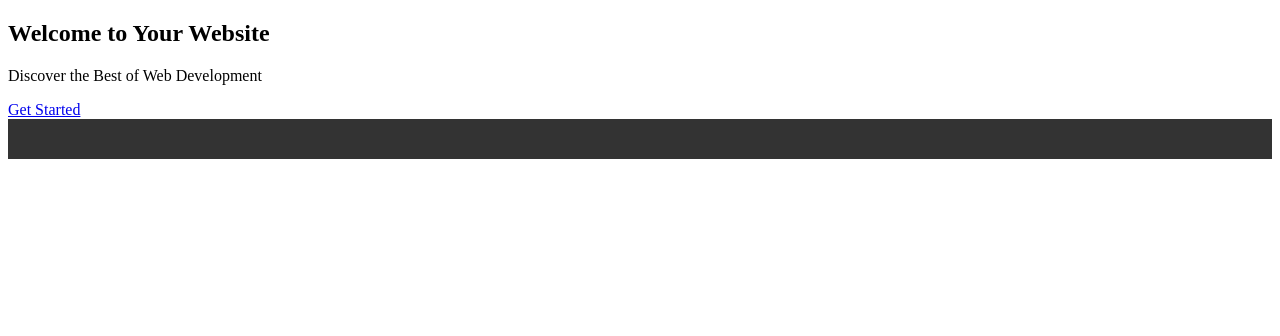
Repository: HeliosAI9/First-test-website
Page: mywebsite/index.html
An editor plug-in stored every save of this project. The page is shown before and after the next save, followed by the edit.
The browser window is 1280 px wide. The pictures show the whole page.
Pictures or frames that could not be fetched are drawn as grey boxes.

Above is the page before, as saved 2023-07-03 05:39:37.

### mywebsite/index.html
<!DOCTYPE html>
<html lang="en">
<head>
  <meta charset="UTF-8">
  <meta http-equiv="X-UA-Compatible" content="IE=edge">
  <meta name="viewport" content="width=device-width, initial-scale=1.0">
  <title>Your Website Title</title>
  <link rel="stylesheet" href="style.css">
</head>
<body>
  <!-- Your content will go here -->
  <section class="hero">
    <h1 class="hero-title">Welcome to Your Website</h1>
    <p class="hero-subtitle">Discover the Best of Web Development</p>
    <a href="#" class="hero-button">Get Started</a>
  </section>
  <div class="backgroundContainer">
    <video id="background" muted autoplay loop>
        <source src="resources/touhouBackground.mp4" type="video/mp4">
    </video>

    <audio id="backgroundMusic" class="bgm" src="resources/touhouBackgroundMusicMixed2.mp3" loop></audio>
</div>

<div class="headerBar">
    <!-- Rest of the code goes here -->
</div>

<div class="layer1">
    <!-- Rest of the code goes here -->
</div>

<div class="layer2">
    <!-- Rest of the code goes here -->
</div>

<div class="layer3">
    <!-- Rest of the code goes here -->
</div>

<div class="layer4">
    <!-- Rest of the code goes here -->
</div>

<div class="footerLayer">
    <!-- Rest of the code goes here -->
</div>

</body>
</html>

### mywebsite/style.css
/* Basic styles for the background container */
.backgroundContainer {
    position: relative;
  }

  /* Styles for the video background */
  #background {
    position: absolute;
    top: 0;
    left: 0;
    width: 100%;
    height: 100%;
    object-fit: cover;
  }

  /* Styles for the logo image */
  .logoImage {
    width: 50px;
    height: 50px;
  }

  /* Styles for the header bar */
  .headerBar {
    display: flex;
    justify-content: space-between;
    align-items: center;
    padding: 20px;
    background-color: #333;
    color: #fff;
  }

After the next save:
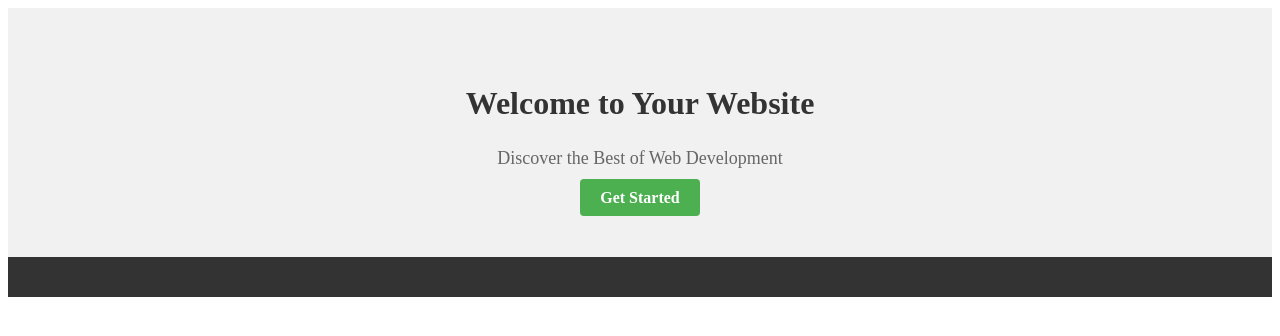
Saved 9 min 55 s later.
--- a/mywebsite/style.css
+++ b/mywebsite/style.css
@@ -28,3 +28,98 @@
     background-color: #333;
     color: #fff;
   }
+
+  /*Hero section*/
+  .hero {
+    background-color: #f1f1f1;
+    text-align: center;
+    padding: 50px 0;
+  }
+  .hero-title {
+    font-size: 32px;
+    color: #333;
+  }
+
+  .hero-subtitle {
+    font-size: 18px;
+    color: #666;
+    margin-bottom: 20px;
+  }
+
+  .hero-button {
+    background-color: #4caf50;
+    color: white;
+    padding: 10px 20px;
+    text-decoration: none;
+    border-radius: 4px;
+    font-weight: bold;
+  }
+
+  /*features section*/
+  .features {
+    background-color: #fff;
+    padding: 50px 0;
+    text-align: center;
+  }
+  .feature {
+  margin-bottom: 30px;
+}
+
+.feature-icon {
+  font-size: 48px;
+  color: #4caf50;
+}
+
+.feature-title {
+  font-size: 24px;
+  color: #333;
+  margin-top: 20px;
+}
+
+.feature-description {
+  font-size: 16px;
+  color: #666;
+  margin-top: 10px;
+}
+
+/*Testimonials*/
+.testimonials {
+    background-color: #f5f5f5;
+    padding: 50px 0;
+    text-align: center;
+  }
+  .testimonial {
+    margin-bottom: 30px;
+  }
+
+  .testimonial-text {
+    font-size: 18px;
+    color: #333;
+    margin-top: 20px;
+  }
+
+  .testimonial-author {
+    font-size: 14px;
+    color: #666;
+    margin-top: 10px;
+  }
+  /*footer*/
+  .footer {
+    background-color: #333;
+    color: #fff;
+    padding: 30px 0;
+    text-align: center;
+  }
+  .footer-text {
+    font-size: 14px;
+    margin-bottom: 10px;
+  }
+
+  .footer-link {
+    color: #fff;
+    text-decoration: none;
+  }
+
+  .footer-link:hover {
+    text-decoration: underline;
+  }
